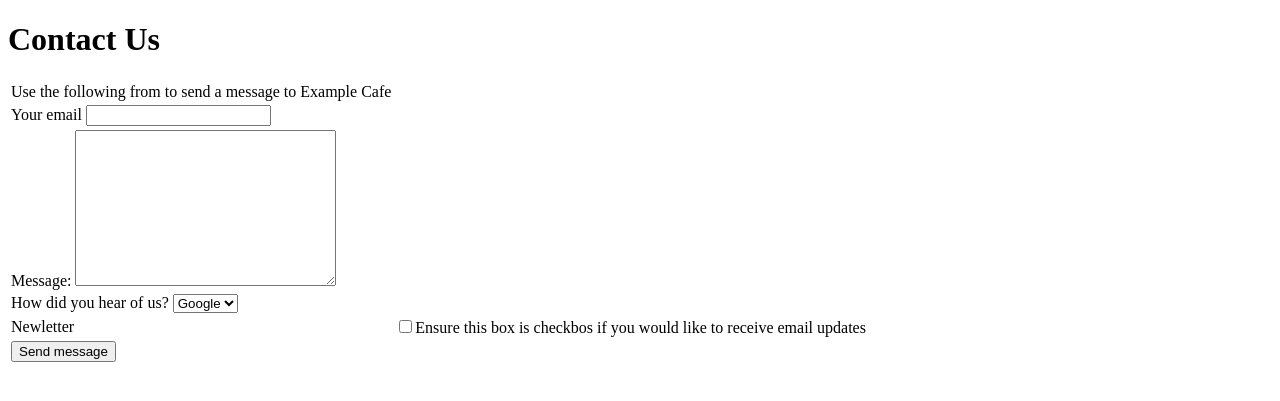
Repository: PhamChiXuan1/HTCNW_tuan3_DHCNTT16C_PhamChiXuan_20030131
Page: bt14.html
The author's editor kept a copy of each file at every save. The page is drawn from the files as they stood at one save, then again after the next save.
The browser window is 1280 px wide. The pictures show the whole page.

Above is the page before, as saved 2022-02-28 12:45:36.

After the next save:
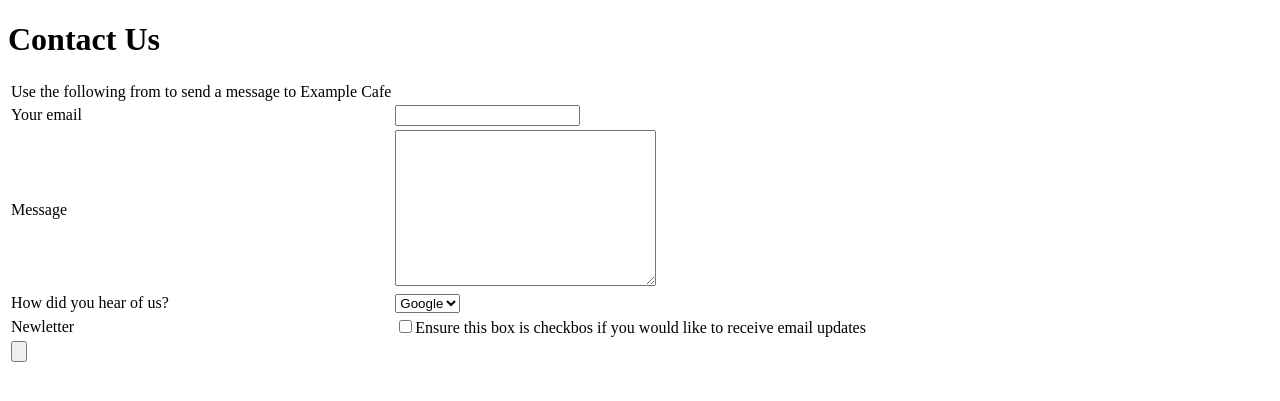
Saved 33 s later.
--- a/bt14.html
+++ b/bt14.html
@@ -13,19 +13,20 @@
             <td>Use the following from to send a message to Example Cafe</td>
         </tr>
         <tr>
+            <td>Your email</td>
             <td>
-                Your email
                 <input type="text">
             </td>
         </tr>
         <tr>
-            <td>Message:
+            <td>Message</td>
+            <td>
                 <textarea name="" id="" cols="30" rows="10"></textarea>
             </td>
-
         </tr>
         <tr>
-            <td>How did you hear of us?
+            <td>How did you hear of us?</td>
+            <td>
                 <select>
                     <option>Google</option>
                 </select>
@@ -39,7 +40,7 @@
         </tr>
         <tr>
             <td>
-                <input type="submit" value="Send message">
+                <input type="submit" value="">
             </td>
         </tr>
     </table>
